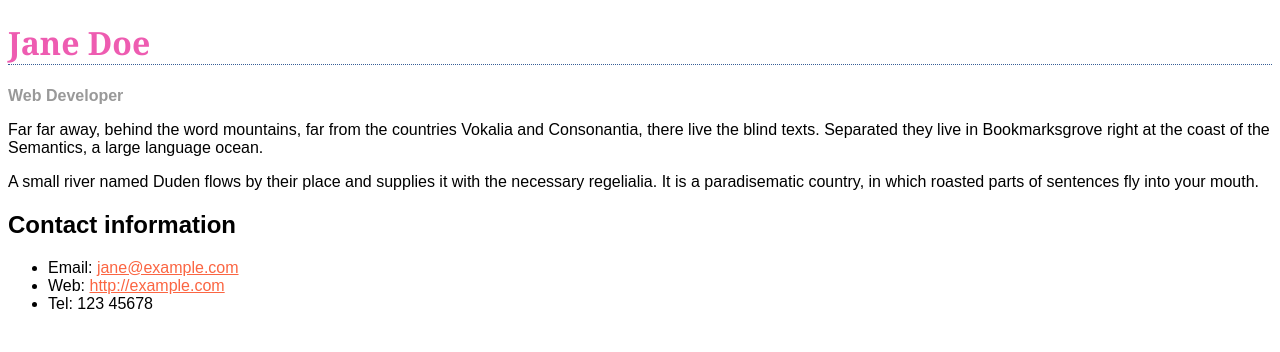
Repository: Valhally/web-projects
Page: sample-site/index.html
An editor plug-in stored every save of this project. The page is shown before and after the next save, followed by the edit.
The browser window is 1280 px wide. The pictures show the whole page.

Above is the page before, as saved 2021-08-11 16:23:32.

### sample-site/index.html
<!doctype html>
<html lang="zh-CN">
<head>
    <meta charset="utf-8">
    <title>开始学习CSS</title>
    <link rel = "stylesheet" href = "resources/styles.css">
</head>

<body>
    <h1>Jane Doe</h1>
    <div class="job-title">Web Developer</div>
    <p>Far far away, behind the word mountains, far from the countries Vokalia and Consonantia, there live the blind texts. Separated they live in Bookmarksgrove right at the coast of the Semantics, a large language ocean.</p>

    <p>A small river named Duden flows by their place and supplies it with the necessary regelialia. It is a paradisematic country, in which roasted parts of sentences fly into your mouth. </p>

    <h2>Contact information</h2>
    <ul>
        <li>Email: <a href="mailto:jane@example.com">jane@example.com</a></li>
        <li>Web: <a href="http://example.com">http://example.com</a></li>
        <li>Tel: 123 45678</li>
    </ul>

</body>

</html>

### sample-site/resources/styles.css
body {
    font-family: Arial, Helvetica, sans-serif;
}

h1 {
    color: #ee5cb1;
    font-size: 2em;
    font-family: Georgia, 'Times New Roman', Times, serif;
    border-bottom: 1px dotted #375e97;
}

h2 {
    font-size: 1.5em;
}

.job-title {
    color: #999999;
    font-weight: bold;
}

a:link, a:visited {
    color: #fb6542;
}

a:hover {
    text-decoration: none;
}

After the next save:
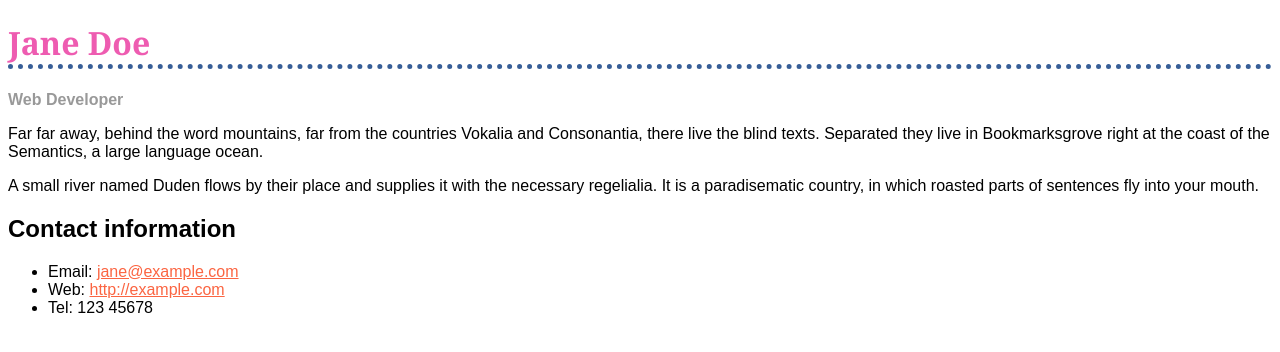
Saved 14 s later.
--- a/sample-site/resources/styles.css
+++ b/sample-site/resources/styles.css
@@ -6,7 +6,7 @@
     color: #ee5cb1;
     font-size: 2em;
     font-family: Georgia, 'Times New Roman', Times, serif;
-    border-bottom: 1px dotted #375e97;
+    border-bottom: 5px dotted #375e97;
 }
 
 h2 {
